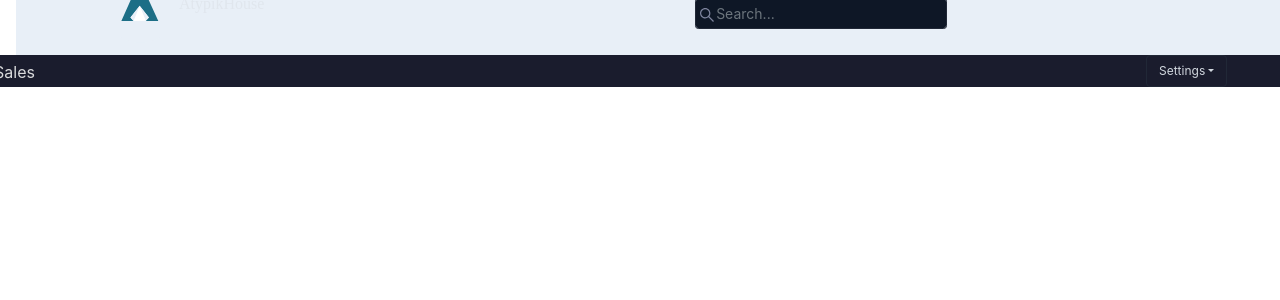
Repository: kifack/API-Symfony-AtypikHouse
Page: / (app in admin-frontend/)
An editor plug-in stored every save of this project. The page is shown before and after the next save, followed by the edit.
The browser window is 1280 px wide. The pictures show the whole page.
Some web libraries are served in a nearby version. The project was rebuilt for these pictures with package versions that can differ from the ones it lists, and the page was loaded fresh each time. Also part of the build but not shown: admin-frontend/src/css/Responsive.css, admin-frontend/src/css/admin/navbar.css, admin-frontend/src/components/template_parts/Header.js, admin-frontend/src/components/template_parts/Footer.js, admin-frontend/src/components/template_parts/Sidebar.js, admin-frontend/src/components/partials/LocationEntry.js, admin-frontend/src/components/template_parts/Spinner.js, admin-frontend/src/actions/location.js and 26 more.

Above is the page before, as saved 2020-10-01 15:33:38.

After the next save:
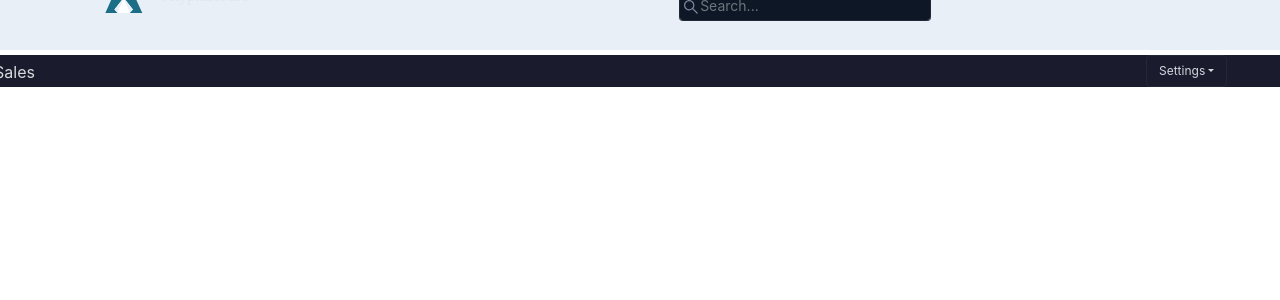
Saved 33 s later.
--- a/admin-frontend/src/css/App.css
+++ b/admin-frontend/src/css/App.css
@@ -152,6 +152,7 @@ font-size: 12px;
  right: -1px;
  background: #1a1c2d;
 }
-.navbar{
+
+header .navbar{
   padding: 0;
 }
